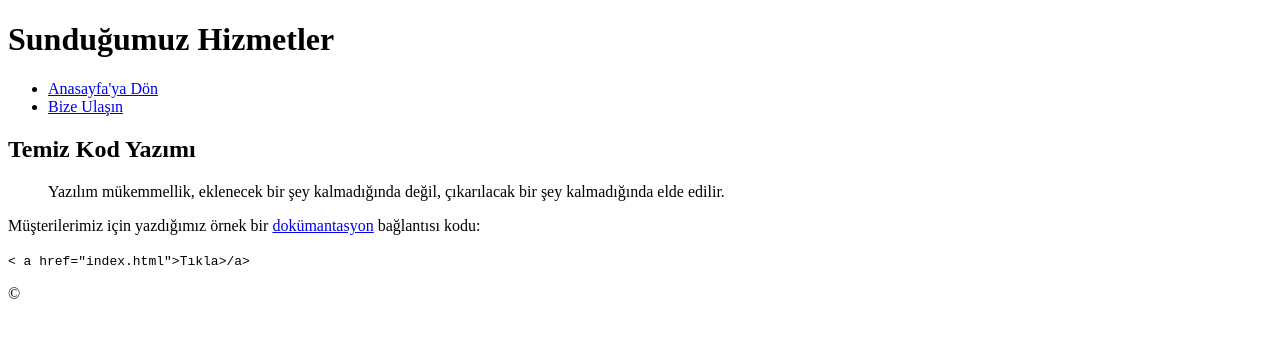
Repository: BeritanBlgn/web-yazilim-muhendisligi
Page: Modul_1/Ders_6/1.6.5_hizmetler.html
The author's editor kept a copy of each file at every save. The page is drawn from the files as they stood at one save, then again after a run of saves.
The browser window is 1280 px wide. The pictures show the whole page.

Above is the page before, as saved 2026-10-21 01:28:44.

### Modul_1/Ders_6/1.6.5_hizmetler.html
<!DOCTYPE html>
<html lang="tr">
<head>
    <meta charset="UTF-8">
    <meta name="viewport" content="width=device-width, initial-scale=1.0">
    <meta name="description" content="Hizmetlerimizi kalite standartları arasında sunuyoruz">
    <title>Görev 3</title>
</head>
<body>
    <h1>
        Sunduğumuz Hizmetler
    </h1>
    <ul>
        <li><a href="./1.6.5_anasayfa.html" target="_blank">Anasayfa'ya Dön</a></li>
        <li><a href="./1.6.5_iletisim.html" target="_blank">Bize Ulaşın</a></li>
    </ul>
    <h2>
        Temiz Kod Yazımı
    </h2>
    <blockquote>
        Yazılım mükemmellik, eklenecek bir şey kalmadığında değil, çıkarılacak bir şey kalmadığında elde edilir.
    </blockquote>
    <p>
        Müşterilerimiz için yazdığımız örnek bir <a href="#">dokümantasyon</a> bağlantısı kodu:
    </p>
    <code>
        &lt; a href="index.html"&gt;Tıkla&gt;/a&gt;
    </code>
    <p>
        &copy;
    </p>
</body>
</html>

After the next 5 saves:
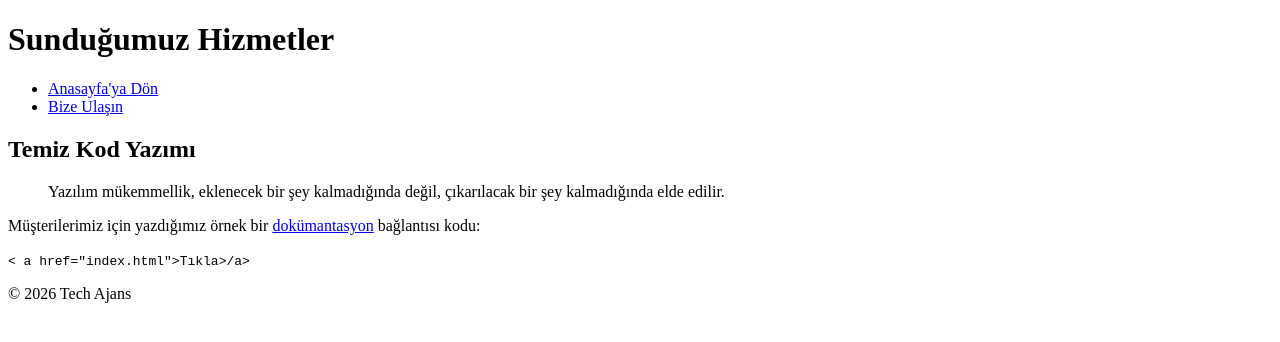
The 5 saves are shown as one change because they came seconds apart.
The last was saved 14 s later.
--- a/Modul_1/Ders_6/1.6.5_hizmetler.html
+++ b/Modul_1/Ders_6/1.6.5_hizmetler.html
@@ -27,7 +27,7 @@
         &lt; a href="index.html"&gt;Tıkla&gt;/a&gt;
     </code>
     <p>
-        &copy;
+        &copy; 2026 Tech Ajans
     </p>
 </body>
 </html>
